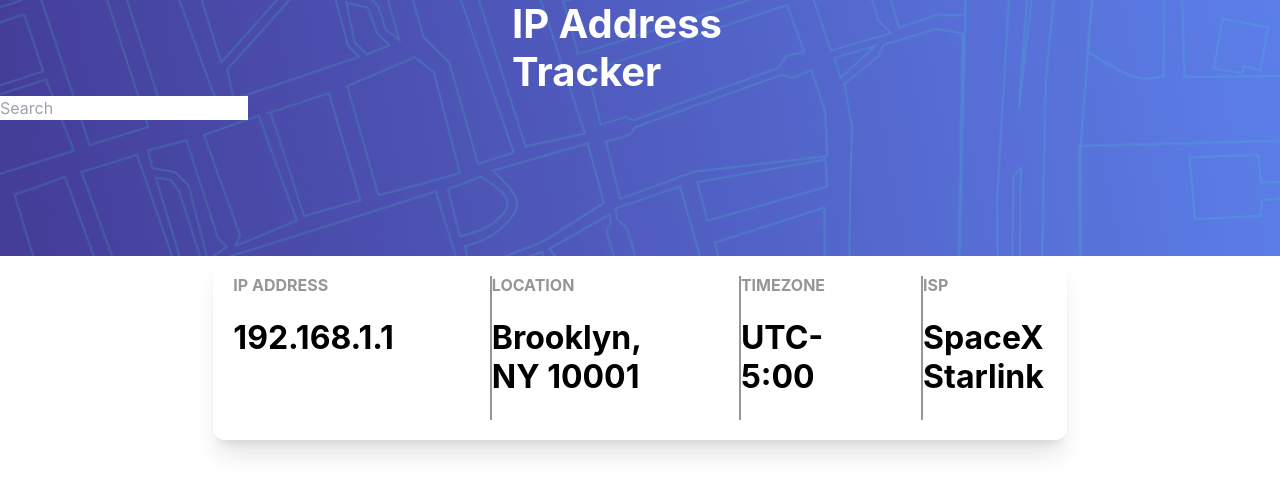
Repository: Dealsy/IP-Tracker
Page: /
These files come from the project's save history. The page is drawn as it stood at one moment and after a run of saves; the edit follows.
The browser window is 1280 px wide. The pictures show the whole page.
The project was rebuilt for these pictures with package versions that can differ from the ones it lists, and the page was loaded fresh each time. The framework's server and built-in components were replaced by stand-ins that run in the browser. Also part of the build but not shown: next.config.js.

Above is the page before, as saved 2022-04-21 21:55:18.

After the next 2 saves:
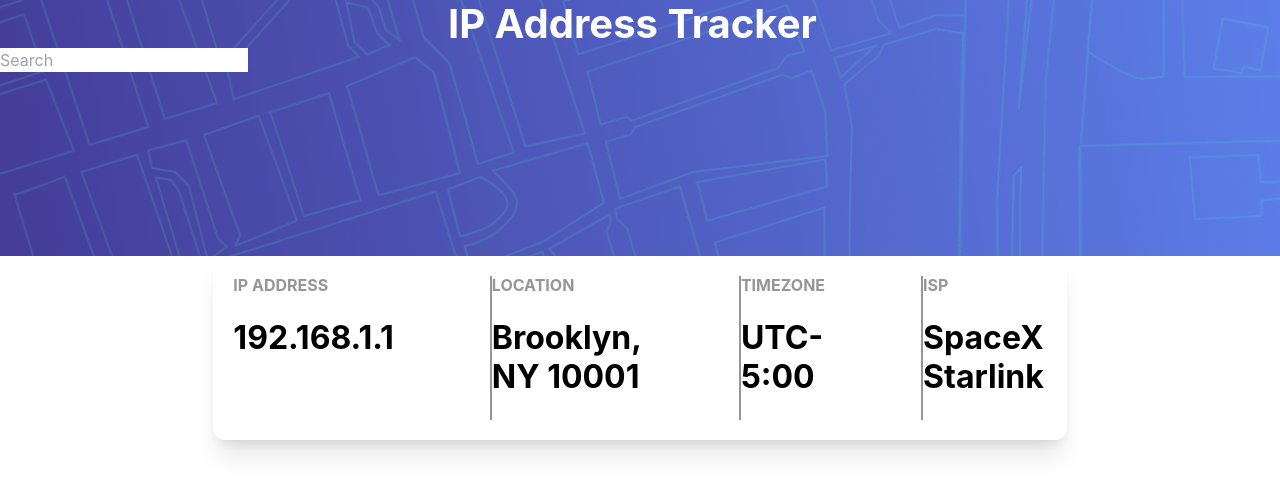
The 2 saves are shown as one change because they came seconds apart.
The last was saved 8 s later.
--- a/pages/index.js
+++ b/pages/index.js
@@ -11,7 +11,7 @@ export default function Home() {
 
       <main>
         <div className="bg-Backdrop h-64 bg-no-repeat	 bg-cover">
-          <h1 className="text-white w-64 m-auto">IP Address Tracker</h1>
+          <h1 className="text-white w-96 m-auto">IP Address Tracker</h1>
           <input type="search" placeholder="Search" />
         </div>
 
